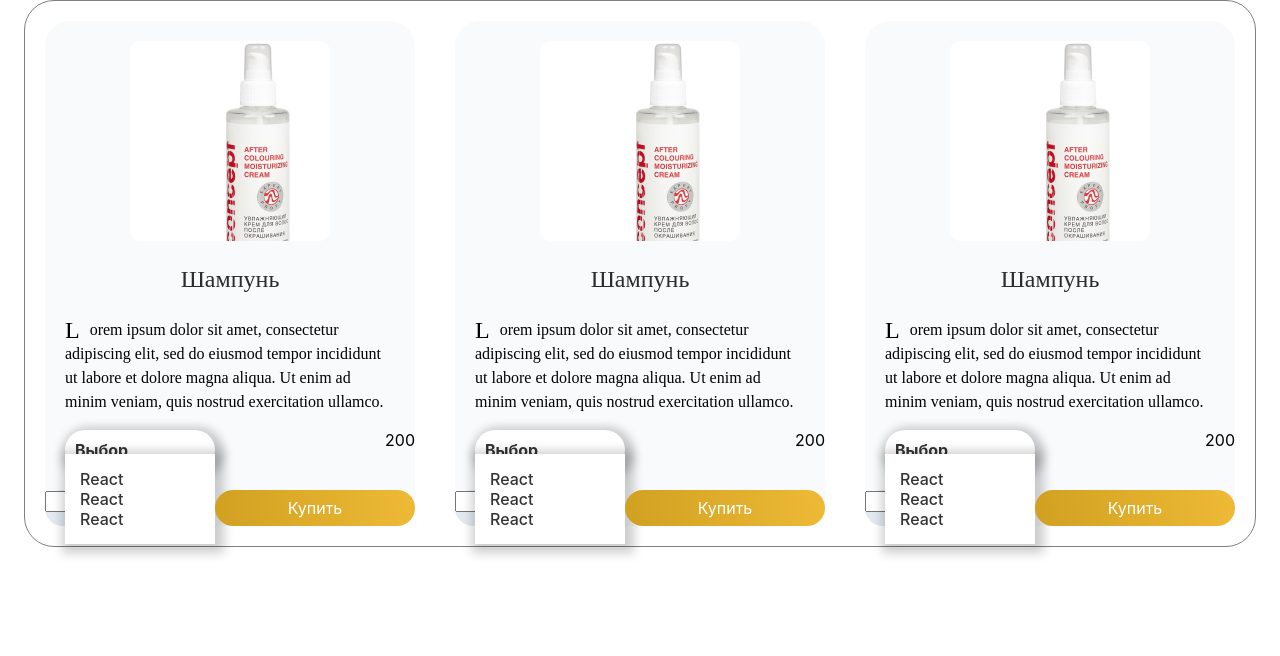
Repository: MiroslavWise/shamptu
Page: /
The author's editor kept a copy of each file at every save. The page is drawn from the files as they stood at one save, then again after the next save.
The browser window is 1280 px wide. The pictures show the whole page.
The project was rebuilt for these pictures with package versions that can differ from the ones it lists, and the page was loaded fresh each time. Also part of the build but not shown: src/App.css.

Above is the page before, as saved 2022-02-17 14:42:10.

After the next save:
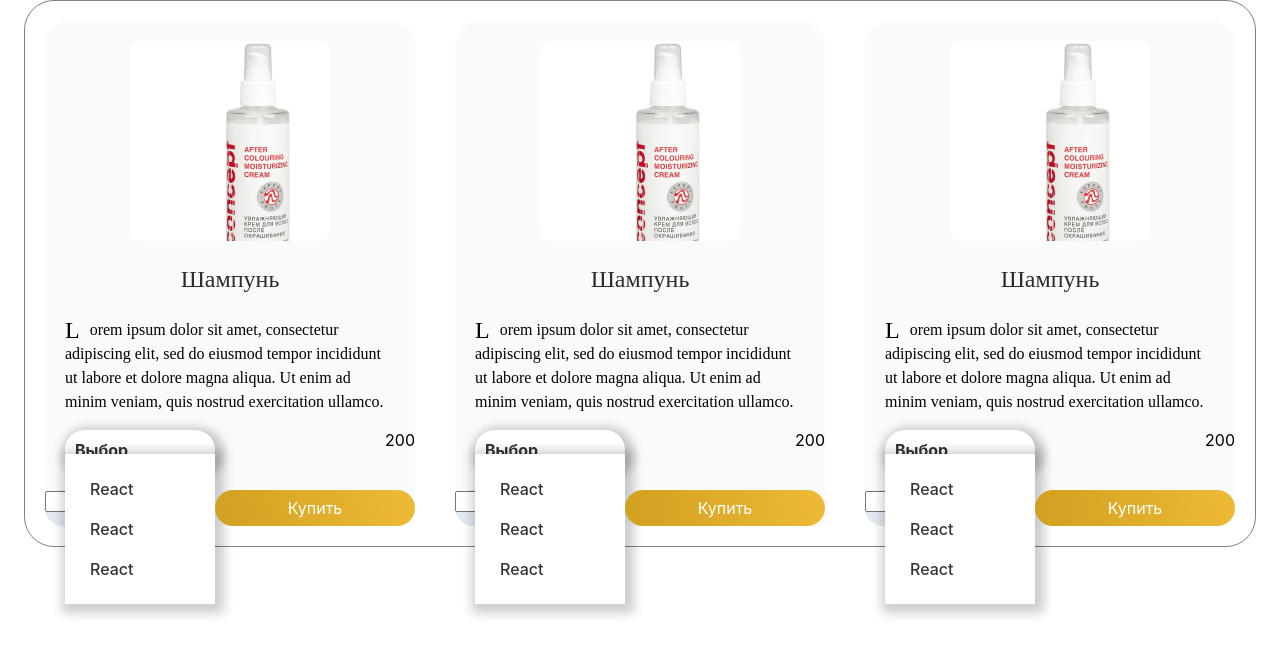
Saved 74 s later.
--- a/src/components/items/style.css
+++ b/src/components/items/style.css
@@ -141,6 +141,7 @@
     width: 150px;
     margin: 0 0;
     position: relative;
+    cursor: pointer;
 
 }
 
@@ -155,6 +156,7 @@
     align-items: center;
     justify-content: space-between;
     margin-bottom: 20px;
+    cursor: pointer;
 }
 
 .dropdown-content{
@@ -167,9 +169,13 @@
     font-weight: 500;
     color: #333;
     left: 0;
+    cursor: pointer;
 }
 
-,.dropdown-item{
+.dropdown-item{
     padding: 10px;
 
 }
+.dropdown-item:hover{
+    background-color: #fcfcfc;
+}
